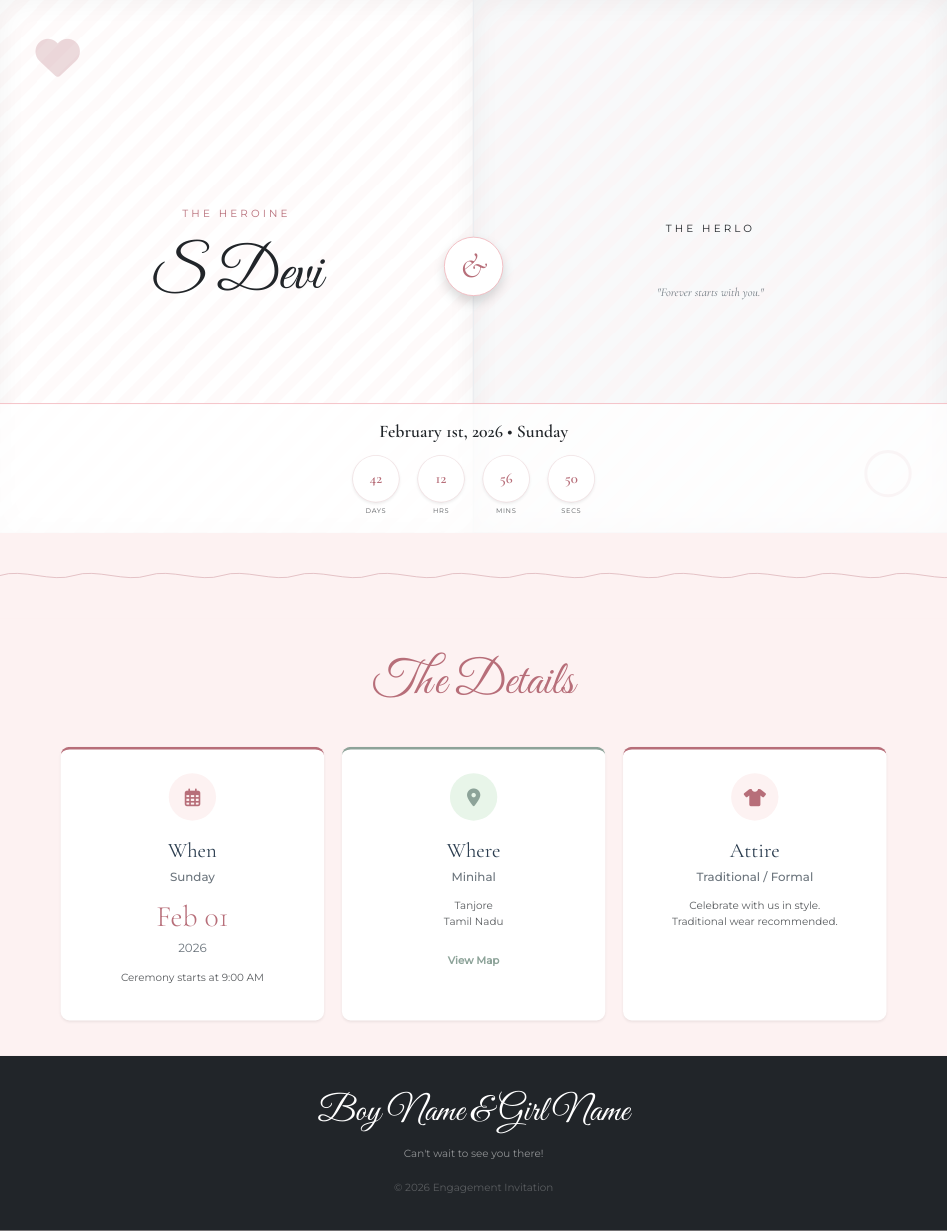
Repository: Eswar2585/Invitation
Page: index.html
An editor plug-in stored every save of this project. The page is shown before and after the next save, followed by the edit.
The browser window is 1280 px wide. The pictures show the whole page, at 74% of full size.

Above is the page before, as saved 2025-12-20 20:07:30.

### index.html
<!DOCTYPE html>
<html lang="en">
<head>
    <meta charset="UTF-8">
    <meta name="viewport" content="width=device-width, initial-scale=1.0">
    <title>Boy Name & Girl Name | Engagement Invitation</title>

    <!-- Bootstrap 5 CSS -->
    <link href="https://cdn.jsdelivr.net/npm/bootstrap@5.3.0/dist/css/bootstrap.min.css" rel="stylesheet">

    <!-- Font Awesome (for Icons) -->
    <link href="https://cdnjs.cloudflare.com/ajax/libs/font-awesome/6.0.0/css/all.min.css" rel="stylesheet">

    <!-- Google Fonts -->
    <link rel="preconnect" href="https://fonts.googleapis.com">
    <link rel="preconnect" href="https://fonts.gstatic.com" crossorigin>
    <link href="https://fonts.googleapis.com/css2?family=Cormorant+Garamond:ital,wght@0,300;0,400;0,600;1,400&family=Great+Vibes&family=Montserrat:wght@300;400;500&display=swap" rel="stylesheet">

    <link rel="stylesheet" href="style.css">
</head>
<body>

    <!-- Envelope Overlay -->
    <div id="envelopeOverlay" class="envelope-overlay">
        <div class="envelope-wrapper">
            <!-- Body -->
            <div class="envelope-body"></div>

            <!-- Letter -->
            <div id="letterPreview" class="letter-preview">
                <div class="letter-border">
                    <p class="font-sans text-muted text-uppercase small tracking-wide mb-1" style="letter-spacing: 0.2em; font-size: 10px;">Invitation</p>
                    <h2 class="font-script text-rose-gold m-0" style="font-size: 2rem; color: #B76E79;">S Devi</h2>
                    <span class="font-serif text-dark small">&</span>
                    <h2 class="font-script text-rose-gold m-0" style="font-size: 2rem; color: #B76E79;">S Rahul</h2>
                </div>
            </div>

            <!-- Flap -->
            <div id="envelopeFlap" class="envelope-flap"></div>

            <!-- Pocket -->
            <div class="envelope-pocket"></div>

            <!-- Ribbon -->
            <div id="ribbonVertical" class="ribbon-vertical"></div>

            <!-- Bow -->
            <div id="bowContainer" class="bow-container">
               <div class="bow-loop loop-left"></div>
               <div class="bow-knot"></div>
               <div class="bow-loop loop-right"></div>
            </div>
        </div>
    </div>

    <!-- Main Content -->
    <div id="mainContent" class="main-content">

        <!-- Split Screen Hero (50/50 Force) -->
        <div class="container-fluid p-0">
            <div class="row g-0 min-vh-100 position-relative w-100 m-0">

                <!-- Left Col - Girl Name -->
                <div class="col-6 bg-white paper-texture shadow-seam d-flex flex-column justify-content-center align-items-center text-center p-2 p-md-5 border-end animate-open-left position-relative z-1">
                    <div class="position-absolute top-0 start-0 p-3 p-md-5 opacity-25">
                        <i class="fas fa-heart text-rose-gold icon-size"></i>
                    </div>
                    <p class="title-text font-sans text-rose-gold text-uppercase small mb-2 mb-md-4" style="letter-spacing: 0.3em;">The Heroine </p>
                    <h1 class="name-text font-script text-dark mb-2 mb-md-4" style="z-index: 10; position: relative;">S Devi</h1>

                </div>

                <!-- Center Ampersand -->
                <div class="ampersand-box position-absolute top-50 start-50 translate-middle z-3 bg-white rounded-circle shadow border border-danger-subtle d-flex align-items-center justify-content-center" style="width: 80px; height: 80px;">
                    <span class="ampersand-text font-serif fst-italic display-5 text-rose-gold">&</span>
                </div>

                <!-- Right Col - Boy Name -->
                <div class="col-6 bg-light paper-texture shadow-seam d-flex flex-column justify-content-center align-items-center text-center p-2 p-md-5 animate-open-right position-relative z-1">
                    <div class="position-absolute bottom-0 end-0 p-3 p-md-5 opacity-25">
                       <div class="ring-container border border-4 border-danger rounded-circle" style="border-color: #B76E79 !important;"></div>
                    </div>
                    <p class="title-text font-sans text-dark text-uppercase small mb-2 mb-md-4" style="letter-spacing: 0.3em;">The Herlo</p>
                    <h1 class="name-text font-script text-rose-gold mb-2 mb-md-4" style="z-index: 10; position: relative;"></h1>
                    <p class="quote-text font-serif fst-italic text-secondary mt-2 mt-md-3">"Forever starts with you."</p>
                </div>

                <!-- Bottom Countdown Overlay -->
                <div class="position-absolute bottom-0 start-0 w-100 z-3 bg-white bg-opacity-75 border-top border-danger-subtle py-4 backdrop-blur">
                    <div class="container text-center">
                        <p class="font-serif h4 text-dark fw-bold mb-3">February 1st, 2026 &bull; Sunday</p>
                        <div class="d-flex justify-content-center gap-3 gap-md-4" id="countdownContainer">
                            <!-- Countdown items injected by JS -->
                        </div>
                    </div>
                </div>

            </div>
        </div>

        <!-- Divider -->
        <div class="py-5" style="background-color: var(--soft-pink);">
            <div class="flower-divider"></div>
        </div>

        <!-- Details Section -->
        <section class="py-5 container" style="background-color: var(--soft-pink);">
            <h2 class="font-script display-3 text-center text-rose-gold mb-5">The Details</h2>

            <div class="row g-4 justify-content-center">
                <!-- When -->
                <div class="col-md-4">
                    <div class="details-card text-center h-100">
                        <div class="details-icon">
                            <i class="far fa-calendar-alt"></i>
                        </div>
                        <h3 class="font-serif h3 mb-2">When</h3>
                        <p class="font-sans text-secondary fw-medium">Sunday</p>
                        <p class="font-serif display-6 text-rose-gold my-2">Feb 01</p>
                        <p class="font-sans text-secondary">2026</p>
                        <p class="font-sans small text-muted mt-3">Ceremony starts at 9:00 AM</p>
                    </div>
                </div>

                <!-- Where -->
                <div class="col-md-4">
                    <div class="details-card text-center h-100" style="border-top-color: var(--sage);">
                        <div class="details-icon" style="color: var(--sage); background-color: #e8f5e9;">
                            <i class="fas fa-map-marker-alt"></i>
                        </div>
                        <h3 class="font-serif h3 mb-2">Where</h3>
                        <p class="font-sans text-secondary fw-medium">Minihal</p>
                        <p class="font-sans text-muted mt-2 small">
                            Tanjore<br/>
                            Tamil Nadu
                        </p>
                        <a href="#" class="d-inline-block mt-3 text-decoration-none fw-bold" style="color: var(--sage); font-size: 0.875rem;">View Map</a>
                    </div>
                </div>

                <!-- Attire -->
                <div class="col-md-4">
                    <div class="details-card text-center h-100">
                        <div class="details-icon">
                            <i class="fas fa-tshirt"></i>
                        </div>
                        <h3 class="font-serif h3 mb-2">Attire</h3>
                        <p class="font-sans text-secondary fw-medium">Traditional / Formal</p>
                        <p class="font-sans text-muted mt-2 small">
                            Celebrate with us in style.<br/>
                            Traditional wear recommended.
                        </p>
                    </div>
                </div>
            </div>
        </section>

        <!-- Footer -->
        <footer class="bg-dark text-white py-5 text-center">
            <h2 class="font-script display-5 mb-3">Boy Name & Girl Name</h2>
            <p class="font-sans small opacity-50">Can't wait to see you there!</p>
            <div class="mt-4 small opacity-25">
                &copy; 2026 Engagement Invitation
            </div>
        </footer>
    </div>

    <!-- JavaScript Logic -->
 <script src="script.js"></script>
</body>
</html>

### style.css
    :root {
            --rose-gold: #B76E79;
            --soft-pink: #FDF2F2;
            --charcoal: #2C3E50;
            --sage: #8DA399;
            --envelope-body: #fceeee;
            --envelope-flap: #eecbcb;
        }

        body {
            margin: 0;
            padding: 0;
            width: 100%;
            height: 100%;
            font-family: 'Montserrat', sans-serif;
            background-color: var(--soft-pink);
            color: var(--charcoal);
            overflow-x: hidden;
        }

        /* Typography */
        .font-script { font-family: 'Great Vibes', cursive; font-weight: 400; }
        .font-serif { font-family: 'Cormorant Garamond', serif; }

        /* Responsive Font Sizes for Split Layout */
        @media (max-width: 768px) {
            .name-text { font-size: 2.2rem !important; line-height: 1.2; }
            .title-text { font-size: 0.6rem !important; letter-spacing: 0.15em !important; }
            .quote-text { font-size: 0.75rem !important; }
            .ampersand-box { width: 50px !important; height: 50px !important; }
            .ampersand-text { font-size: 1.5rem !important; }
            .icon-size { font-size: 30px !important; }
            .ring-container { width: 40px !important; height: 40px !important; }
        }

        @media (min-width: 769px) {
            .name-text { font-size: 5rem; }
            .icon-size { font-size: 60px; }
            .ring-container { width: 64px; height: 64px; }
        }

        /* Custom Utilities */
        .text-rose-gold { color: var(--rose-gold) !important; }
        .bg-rose-gold { background-color: var(--rose-gold); }
        .text-sage { color: var(--sage); }

        .paper-texture {
            background-color: #ffffff;
            background-image: url("data:[embedded picture, 236 characters]");
        }
        .shadow-seam { box-shadow: inset 0 0 40px rgba(0,0,0,0.05); }

        /* --- Envelope Animation Classes --- */
        .envelope-overlay {
            position: fixed;
            top: 0;
            left: 0;
            width: 100vw;
            height: 100vh;
            background-color: var(--soft-pink);
            z-index: 2000;
            display: flex;
            align-items: center;
            justify-content: center;
            perspective: 1500px;
            transition: opacity 1s ease-out, transform 1s ease-in;
        }

        .envelope-overlay.hidden {
            opacity: 0;
            transform: scale(1.5);
            pointer-events: none;
        }

        .envelope-wrapper {
            position: relative;
            width: 300px;
            height: 200px;
            transform-style: preserve-3d;
            margin-top: 3rem;
        }

        @media (min-width: 768px) {
            .envelope-wrapper { width: 500px; height: 330px; }
        }

        .envelope-body {
            position: absolute;
            width: 100%;
            height: 100%;
            background-color: var(--envelope-body);
            z-index: 10;
            border-radius: 4px;
            box-shadow: 0 1rem 3rem rgba(0,0,0,0.175);
        }

        .letter-preview {
            position: absolute;
            top: 8px; left: 8px; right: 8px; bottom: 8px;
            background: white;
            z-index: 20;
            display: flex;
            flex-direction: column;
            align-items: center;
            justify-content: center;
            text-align: center;
            box-shadow: 0 0.125rem 0.25rem rgba(0,0,0,0.075);
            transition: transform 1.4s cubic-bezier(0.25, 1, 0.5, 1);
        }

        .letter-preview.slide-up {
            transform: translateY(-190px) scale(1.05);
        }

        .letter-border {
            border: 2px solid var(--rose-gold);
            width: 90%;
            height: 90%;
            display: flex;
            flex-direction: column;
            align-items: center;
            justify-content: center;
            padding: 0.5rem;
        }

        .envelope-flap {
            position: absolute;
            top: 0; left: 0;
            width: 0; height: 0;
            border-left: 150px solid transparent;
            border-right: 150px solid transparent;
            border-top: 110px solid var(--envelope-flap);
            transform-origin: top;
            transition: transform 0.7s ease-in-out, z-index 0.7s;
            z-index: 50;
        }

        @media (min-width: 768px) {
            .envelope-flap {
                border-left: 250px solid transparent;
                border-right: 250px solid transparent;
                border-top: 180px solid var(--envelope-flap);
            }
        }

        .envelope-flap.open {
            transform: rotateX(180deg);
            z-index: 1;
        }

        .envelope-pocket {
            position: absolute;
            bottom: 0; left: 0;
            width: 0; height: 0;
            border-left: 150px solid transparent;
            border-right: 150px solid transparent;
            border-bottom: 110px solid var(--envelope-body);
            z-index: 40;
            pointer-events: none;
            filter: brightness(0.95);
        }

        @media (min-width: 768px) {
            .envelope-pocket {
                border-left: 250px solid transparent;
                border-right: 250px solid transparent;
                border-bottom: 180px solid var(--envelope-body);
            }
        }

        /* Ribbon Styles */
        .ribbon-vertical {
            position: absolute;
            top: 0; left: 50%;
            transform: translateX(-50%);
            width: 30px; height: 100%;
            background: linear-gradient(to right, #ffcdd2, #e57373, #ffcdd2);
            z-index: 60;
            box-shadow: 0 0.125rem 0.25rem rgba(0,0,0,0.1);
            transition: opacity 0.5s ease;
        }

        .ribbon-vertical.fade-out {
            opacity: 0;
        }

        .bow-container {
            position: absolute;
            top: 45%; left: 50%;
            transform: translate(-50%, -50%);
            z-index: 70;
            display: flex;
            align-items: center;
            justify-content: center;
            transition: all 0.5s ease-in;
        }

        .bow-container.untied {
            opacity: 0;
            transform: translate(-50%, -150%) scale(1.5);
        }

        .bow-loop {
            width: 50px; height: 50px;
            background: linear-gradient(135deg, #e57373, #ffcdd2);
            box-shadow: 2px 2px 5px rgba(0,0,0,0.2);
        }
        .loop-left { border-radius: 50px 50px 50px 0; transform: rotate(-45deg); margin-right: -4px; }
        .loop-right { border-radius: 50px 50px 0 50px; transform: rotate(135deg); margin-left: -4px; }
        .bow-knot { width: 15px; height: 15px; background: #ef5350; border-radius: 50%; z-index: 80; }

        /* --- Main Page Animations --- */
        .main-content {
            transition: opacity 1s ease;
            width: 100%;
            opacity: 0;
            visibility: hidden;
        }
        .main-content.visible {
            opacity: 1;
            visibility: visible;
        }

        @keyframes slideInLeft {
            0% { transform: translateX(-50px); opacity: 0; }
            100% { transform: translateX(0); opacity: 1; }
        }
        @keyframes slideInRight {
            0% { transform: translateX(50px); opacity: 0; }
            100% { transform: translateX(0); opacity: 1; }
        }

        .animate-open-left { animation: slideInLeft 1.5s cubic-bezier(0.25, 1, 0.5, 1) forwards; }
        .animate-open-right { animation: slideInRight 1.5s cubic-bezier(0.25, 1, 0.5, 1) forwards; }

        .flower-divider {
            background-image: url('data:[embedded picture, 234 characters]');
            background-repeat: repeat-x;
            height: 20px;
            width: 100%;
            opacity: 0.5;
        }

        .countdown-box {
            width: 3rem; height: 3rem;
            background: white;
            border: 1px solid rgba(183, 110, 121, 0.2);
            border-radius: 50%;
            display: flex;
            align-items: center;
            justify-content: center;
            margin-bottom: 0.25rem;
        }
        @media (min-width: 768px) {
            .countdown-box { width: 4rem; height: 4rem; }
        }

        .details-card {
            background: white;
            padding: 2rem;
            border-radius: 0.75rem;
            border-top: 4px solid var(--rose-gold);
            box-shadow: 0 0.125rem 0.25rem rgba(0,0,0,0.075);
            transition: transform 0.3s;
        }
        .details-card:hover { transform: translateY(-5px); box-shadow: 0 0.5rem 1rem rgba(0,0,0,0.15); }
        .details-icon {
            width: 4rem; height: 4rem;
            background-color: var(--soft-pink);
            color: var(--rose-gold);
            border-radius: 50%;
            display: flex;
            align-items: center;
            justify-content: center;
            margin: 0 auto 1.5rem auto;
            font-size: 1.5rem;
        }

### script.js
 document.addEventListener('DOMContentLoaded', () => {
            // --- Animation Sequence ---
            const bowContainer = document.getElementById('bowContainer');
            const ribbonVertical = document.getElementById('ribbonVertical');
            const envelopeFlap = document.getElementById('envelopeFlap');
            const letterPreview = document.getElementById('letterPreview');
            const envelopeOverlay = document.getElementById('envelopeOverlay');
            const mainContent = document.getElementById('mainContent');

            // 1. Untie Bow (1000ms)
            setTimeout(() => {
                bowContainer.classList.add('untied');
                ribbonVertical.classList.add('fade-out');
            }, 1000);

            // 2. Open Flap (1600ms)
            setTimeout(() => {
                envelopeFlap.classList.add('open');
            }, 1600);

            // 3. Slide Letter Up (2200ms)
            setTimeout(() => {
                letterPreview.classList.add('slide-up');
            }, 2200);

            // 4. Reveal Main Content (3800ms)
            setTimeout(() => {
                envelopeOverlay.classList.add('hidden');
                mainContent.classList.add('visible');

                // Cleanup overlay after transition
                setTimeout(() => {
                    envelopeOverlay.style.display = 'none';
                }, 1000);
            }, 3800);

            // --- Countdown Logic ---
            const eventDate = new Date(2026, 1, 1, 9, 0, 0).getTime(); // Feb 1, 2026 (Month is 0-indexed: 1 = Feb)
            const countdownContainer = document.getElementById('countdownContainer');

            function updateCountdown() {
                const now = new Date().getTime();
                const distance = eventDate - now;

                if (distance < 0) {
                    countdownContainer.innerHTML = '<div class="text-rose-gold h4">We are Engaged!</div>';
                    return;
                }

                const days = Math.floor(distance / (1000 * 60 * 60 * 24));
                const hours = Math.floor((distance % (1000 * 60 * 60 * 24)) / (1000 * 60 * 60));
                const minutes = Math.floor((distance % (1000 * 60 * 60)) / (1000 * 60));
                const seconds = Math.floor((distance % (1000 * 60)) / 1000);

                const timeUnits = [
                    { label: 'Days', value: days },
                    { label: 'Hrs', value: hours },
                    { label: 'Mins', value: minutes },
                    { label: 'Secs', value: seconds }
                ];

                let html = '';
                timeUnits.forEach(unit => {
                    html += `
                        <div class="d-flex flex-column align-items-center">
                            <div class="countdown-box shadow-sm">
                                <span class="font-serif h5 text-rose-gold fw-bold m-0">${unit.value}</span>
                            </div>
                            <span class="font-sans text-uppercase text-muted" style="font-size: 9px; letter-spacing: 0.1em;">${unit.label}</span>
                        </div>
                    `;
                });

                countdownContainer.innerHTML = html;
            }

            setInterval(updateCountdown, 1000);
            updateCountdown(); // Initial call
        });

After the next save:
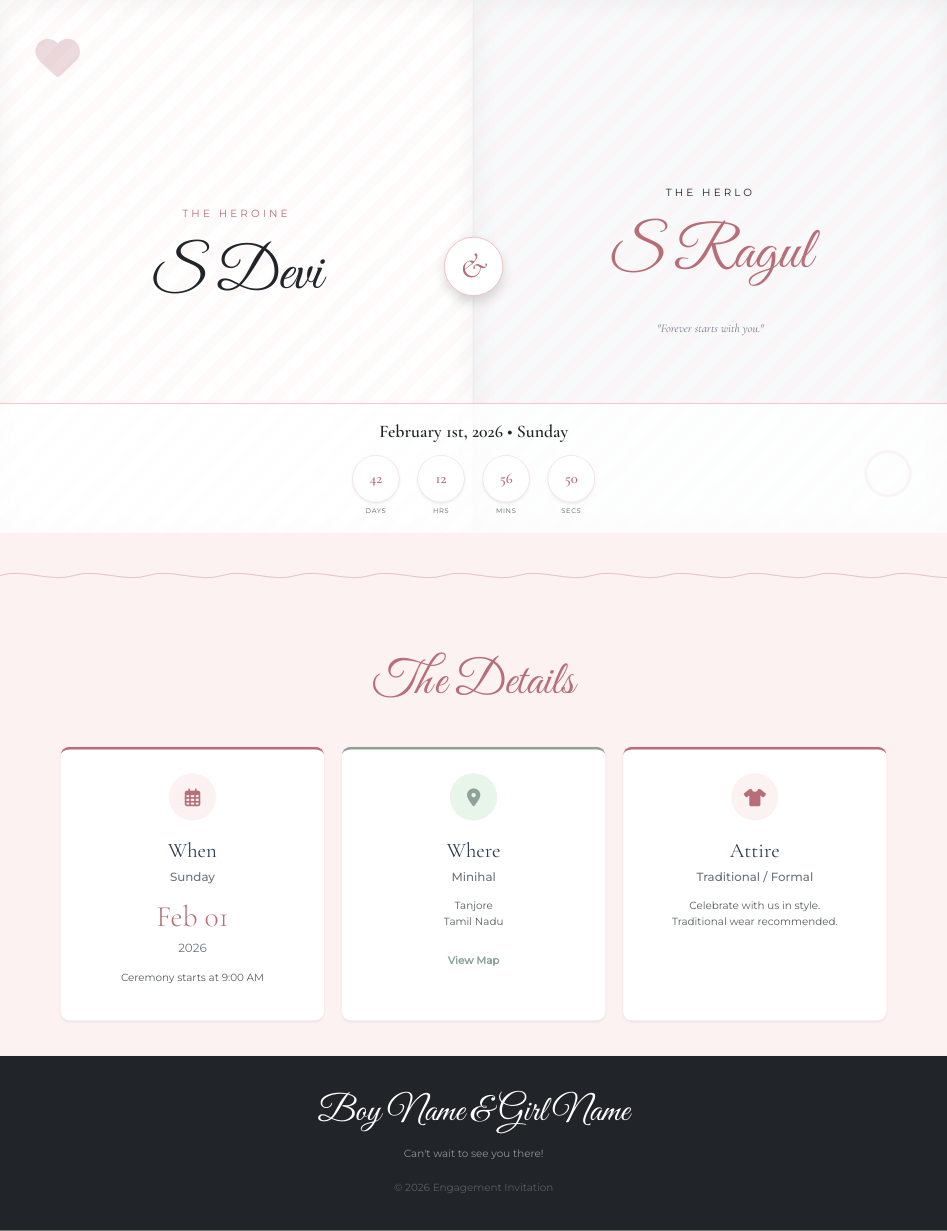
Saved 5 s later.
--- a/index.html
+++ b/index.html
@@ -82,7 +82,7 @@
                        <div class="ring-container border border-4 border-danger rounded-circle" style="border-color: #B76E79 !important;"></div>
                     </div>
                     <p class="title-text font-sans text-dark text-uppercase small mb-2 mb-md-4" style="letter-spacing: 0.3em;">The Herlo</p>
-                    <h1 class="name-text font-script text-rose-gold mb-2 mb-md-4" style="z-index: 10; position: relative;"></h1>
+                    <h1 class="name-text font-script text-rose-gold mb-2 mb-md-4" style="z-index: 10; position: relative;">S Ragul</h1>
                     <p class="quote-text font-serif fst-italic text-secondary mt-2 mt-md-3">"Forever starts with you."</p>
                 </div>
 
